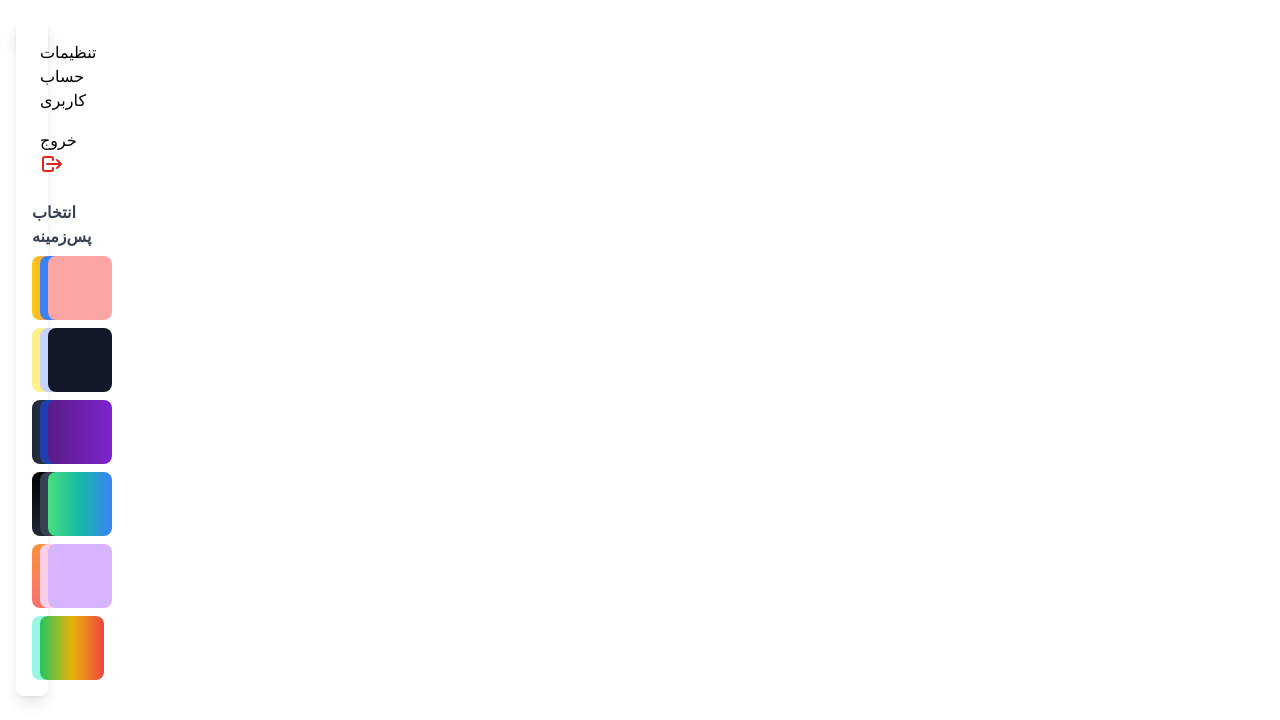
Repository: spnovaa/work-hive
Page: / (app in front_end/), after clicking the first element matching `div.z-0`
These files come from the project's save history. The page is drawn as it stood at one moment and after the next save; the edit follows.
The browser window is 1280 px wide. The pictures show the whole page.
The project was rebuilt for these pictures with package versions that can differ from the ones it lists, and the page was loaded fresh each time. Also part of the build but not shown: front_end/src/api/auth.js, front_end/src/pages/login.jsx, front_end/src/pages/registration.jsx.

Above is the page before, as saved 2025-01-16 15:26:20.

After the next save:
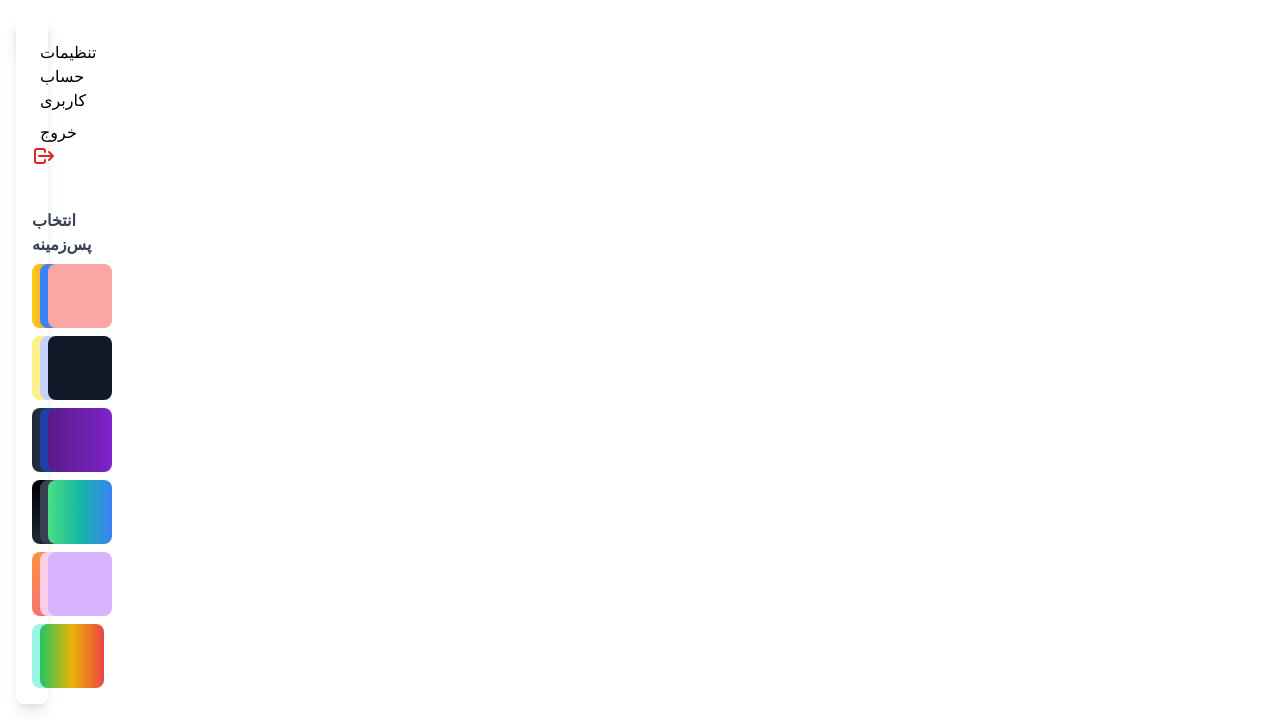
Saved 4 s later.
--- a/front_end/src/components/profile/dropdown.jsx
+++ b/front_end/src/components/profile/dropdown.jsx
@@ -73,7 +73,7 @@ const ProfileDropdown  = ({  onBackgroundChange }) => {
 
   {/* Logout */}
   <div
-    className="block items-center justify-between p-2 cursor-pointer hover:bg-gray-100 rounded"
+    className="inline items-center justify-between p-2 cursor-pointer hover:bg-gray-100 rounded"
     onClick={handleLogout}
   >
     <span>خروج</span>
